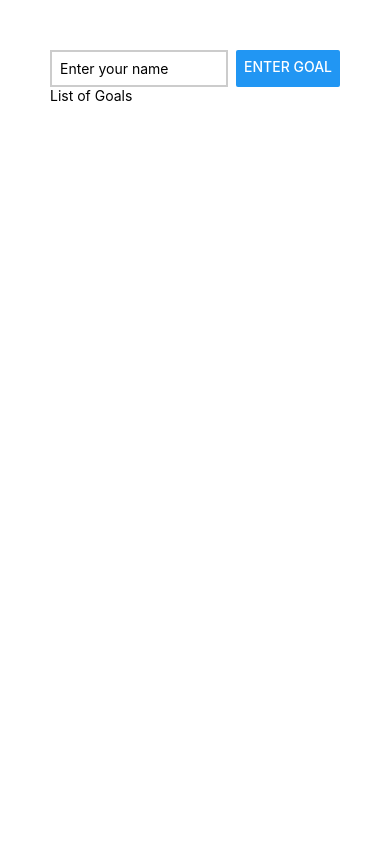
Repository: thezaidbintariq/RNCourse
Screen: /
These files come from the project's save history. The screen is drawn as it stood at one moment and after a run of saves; the edit follows.
The app was drawn by React Native's web renderer in a window 390 px wide. The project was rebuilt for these pictures with package versions that can differ from the ones it lists, and the page was loaded fresh each time.

Above is the screen before, as saved 2022-08-09 14:32:05.

After the next 4 saves:
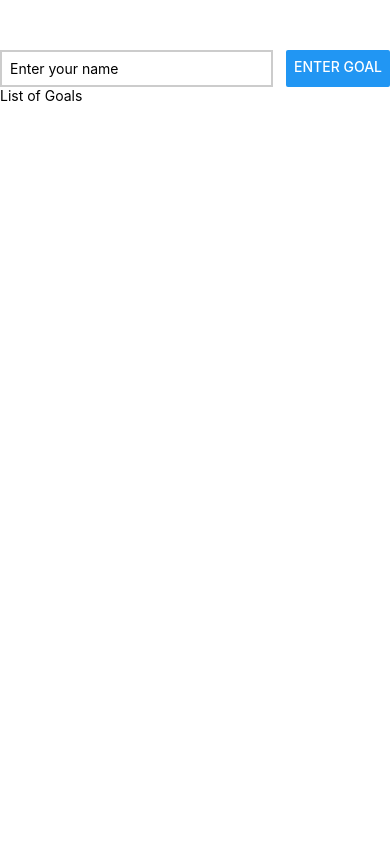
The 4 saves are shown as one change because they came seconds apart.
The last was saved 18 min 34 s later.
--- a/App.js
+++ b/App.js
@@ -16,7 +16,8 @@ export default function App() {
 
 const styles = StyleSheet.create({
   appContainer : {
-   padding: 50
+   paddingTop: 50,
+
   },
   inputContainer: {
     flexDirection: 'row',
